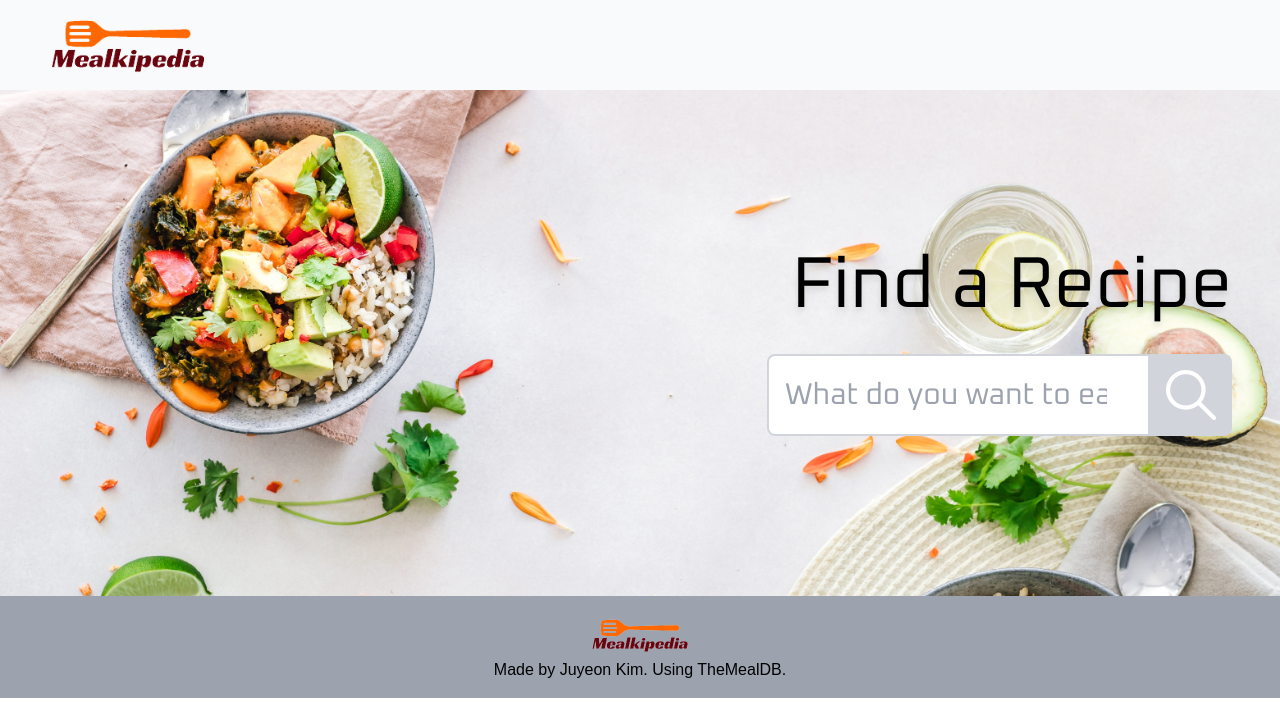
Repository: Jay-JYKim91/grj_mealkipedia
Page: /
The author's editor kept a copy of each file at every save. The page is drawn from the files as they stood at one save, then again after the next save.
The browser window is 1280 px wide. The pictures show the whole page.
Some web fonts or font styles are not loaded; a fallback is used. The project was rebuilt for these pictures with package versions that can differ from the ones it lists, and the page was loaded fresh each time. Also part of the build but not shown: src/pages/recipe/recipe.tsx, src/pages/search/search.tsx.

Above is the page before, as saved 2022-06-21 15:47:46.

After the next save:
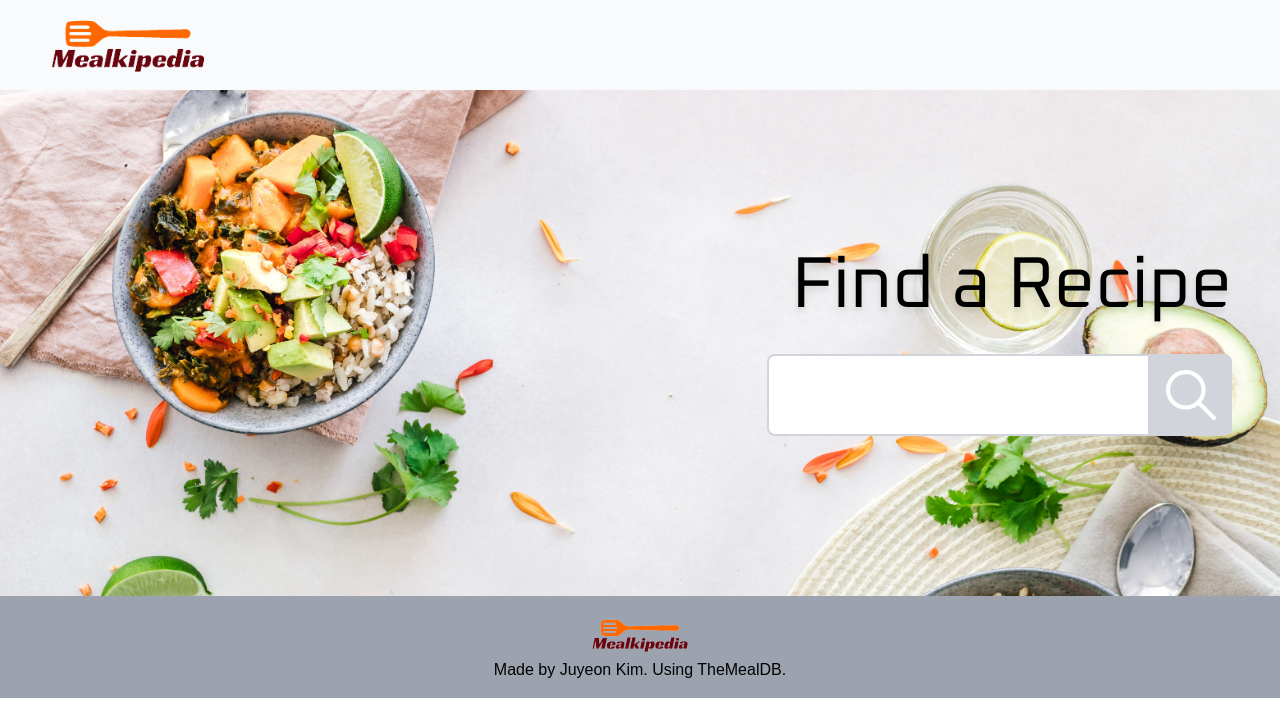
Saved 9 min 46 s later.
--- a/src/pages/home/home.tsx
+++ b/src/pages/home/home.tsx
@@ -4,11 +4,14 @@ const Home: React.FC = () => {
 
     return (
         <section className="px-12 py-40 bg-cover bg-[url('images/main_background.jpg')] text-right">
-            <h1 className="font-body1_font text-7xl mb-8 drop-shadow-lg">Find a Recipe</h1>
+            <h1
+                className="font-body1_font text-7xl mb-8 drop-shadow-lg">
+                    Find a Recipe
+            </h1>
             <div className="flex justify-end">
                 <input type="search"
                     className="p-4 text-3xl font-body1_font rounded-l-lg border-2 border-gray-300"
-                    placeholder="What do you want to eat?" />
+                />
                 <button className="p-4 bg-gray-300 rounded-r-lg">
                     <img src="./search.png" alt="search" />
                 </button>
